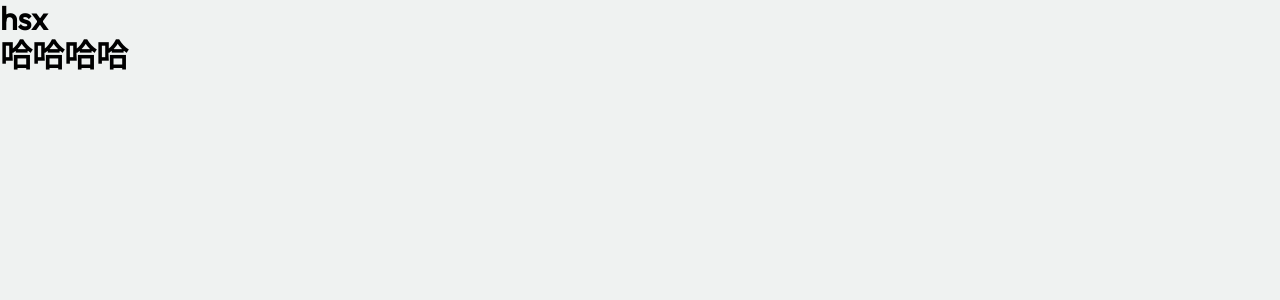
Repository: changesxxx/calendar
Page: /
The author's editor kept a copy of each file at every save. The page is drawn from the files as they stood at one save, then again after the next save.
The browser window is 1280 px wide. The pictures show the whole page.
The project was rebuilt for these pictures with package versions that can differ from the ones it lists, and the page was loaded fresh each time. Also part of the build but not shown: craco.config.js.

Above is the page before, as saved 2024-06-26 17:25:55.

After the next save:
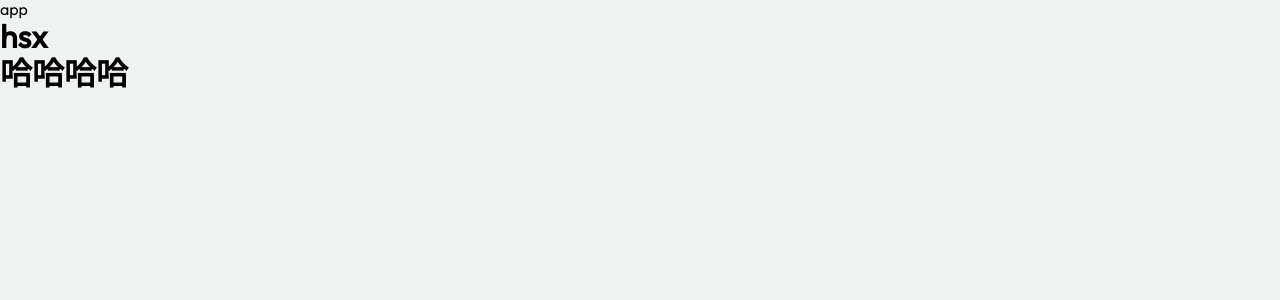
Saved 35 s later.
--- a/src/App.jsx
+++ b/src/App.jsx
@@ -3,6 +3,7 @@ import React, { memo } from 'react'
 const App = memo(() => {
   return (
     <div>
+      app
       <h1>hsx</h1>
       <h1>哈哈哈哈</h1>
     </div>
